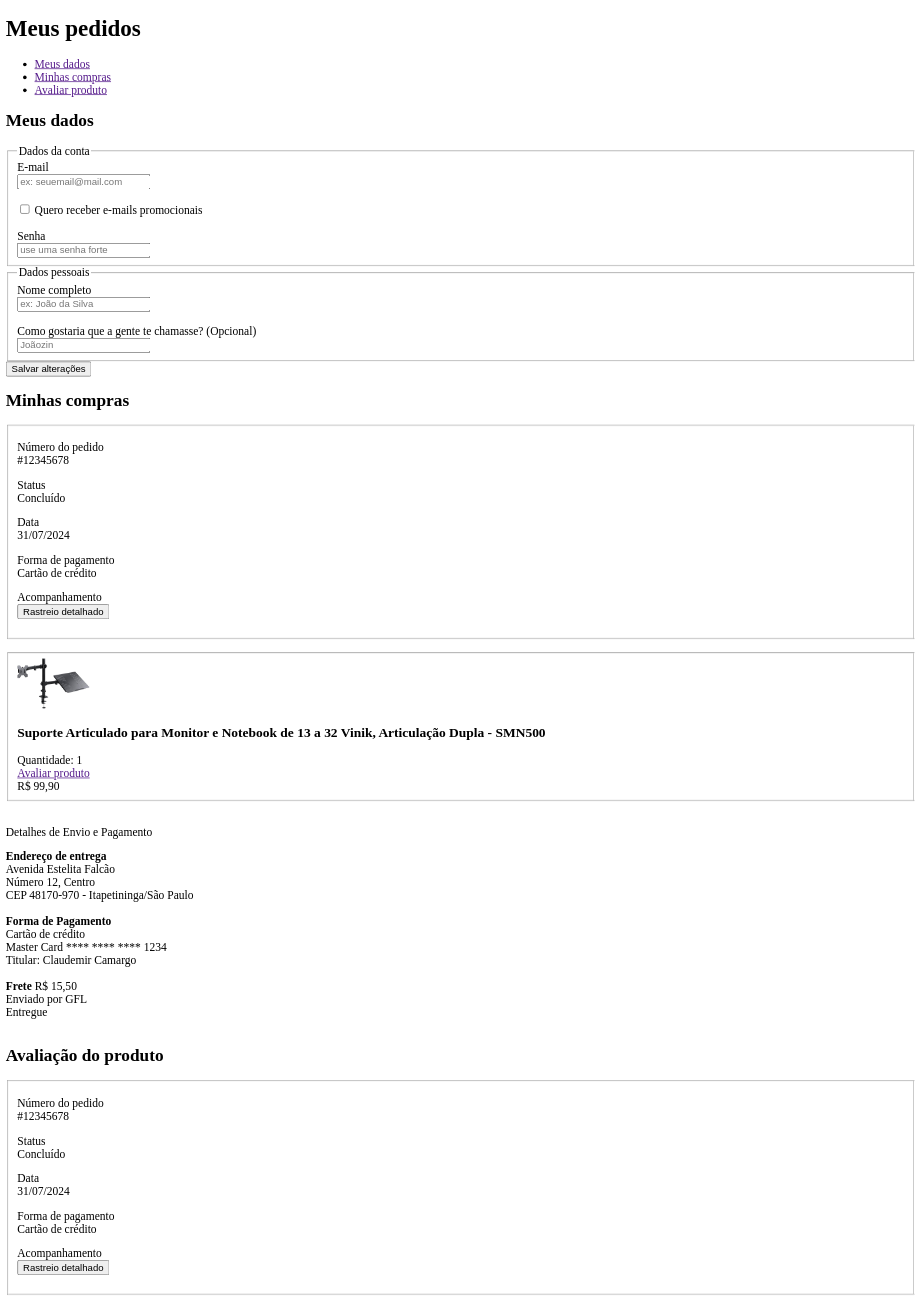
Repository: claudemir-camargo/site-compras
Page: index.html
An editor plug-in stored every save of this project. The page is shown before and after the next save, followed by the edit.
The browser window is 1280 px wide. The pictures show the whole page, at 72% of full size.

Above is the page before, as saved 2024-03-03 22:33:44.

After the next save:
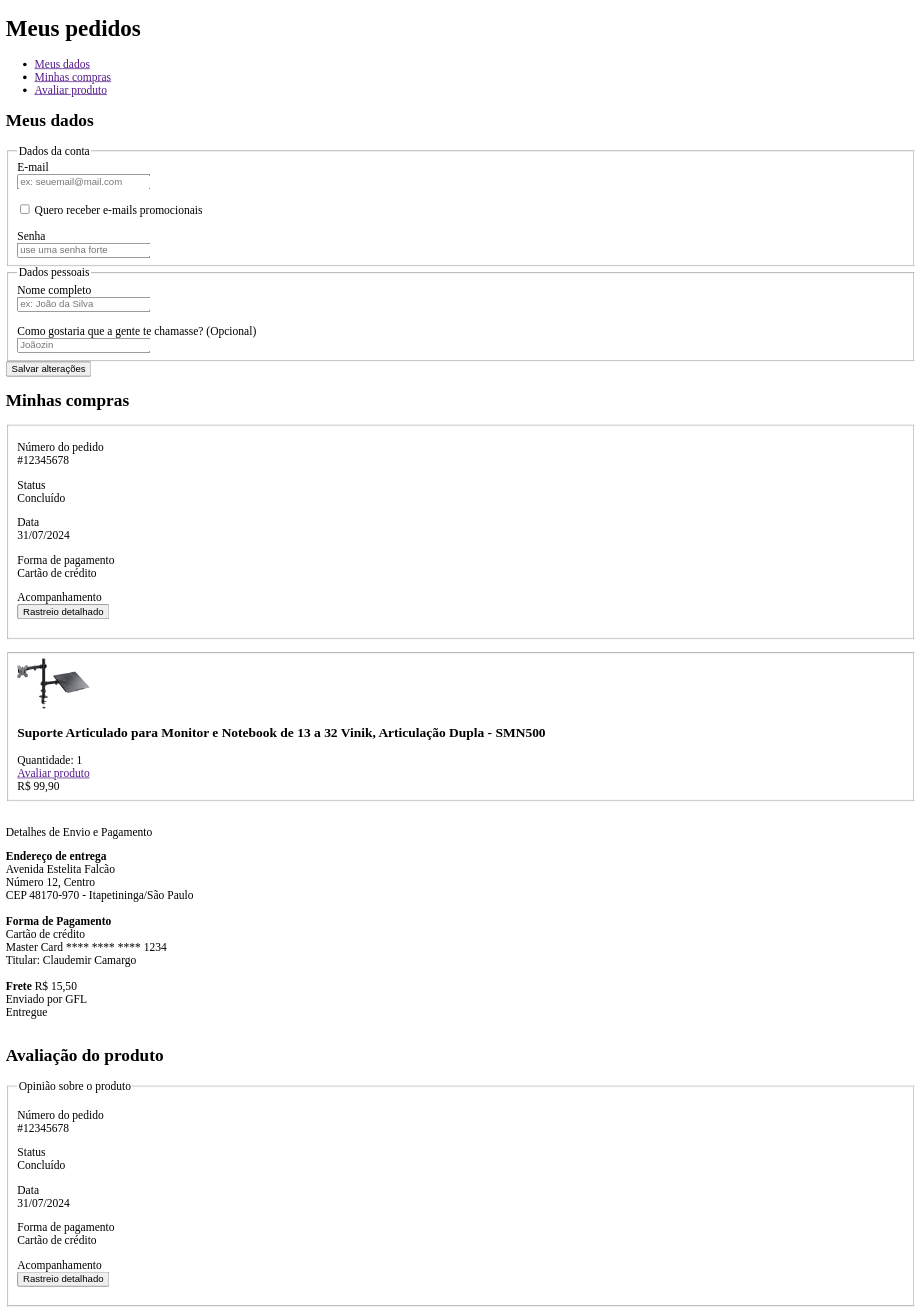
Saved 32 s later.
--- a/index.html
+++ b/index.html
@@ -78,6 +78,7 @@
     <br><br>
     <h2>Avaliação do produto</h2>
     <fieldset>
+        <legend>Opinião sobre o produto</legend>
         <div class="details">
             <p>Número do pedido<br>#12345678</p>
             <p>Status<br>Concluído</p>
